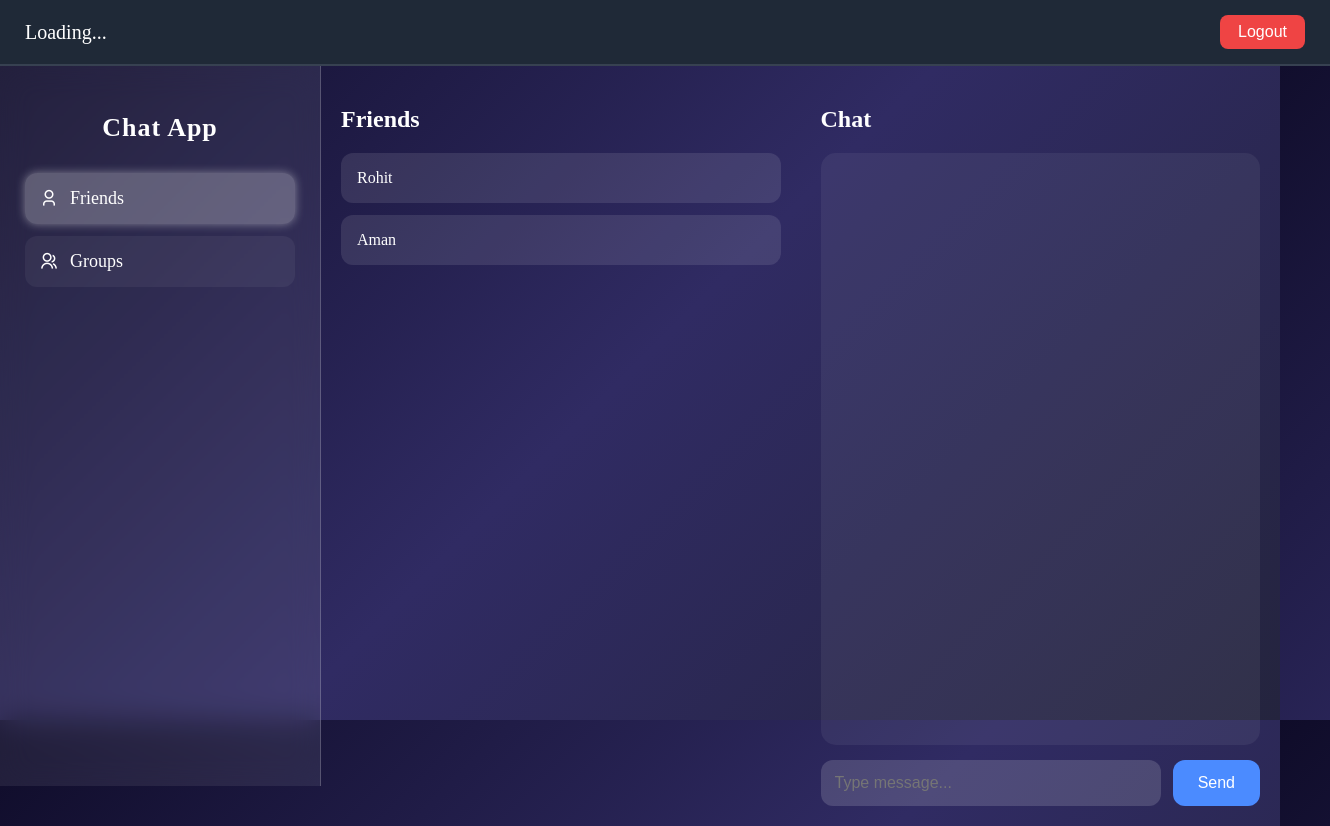
Repository: bharat132002/chat-app
Page: public/index.html
The author's editor kept a copy of each file at every save. The page is drawn from the files as they stood at one save, then again after the next save.
The browser window is 1280 px wide. The page is 1330 px wide, so the pictures cover 1330 px, including what lies to the right of the window. The pictures show the whole page.

Above is the page before, as saved 2025-12-02 18:47:34.

After the next save:
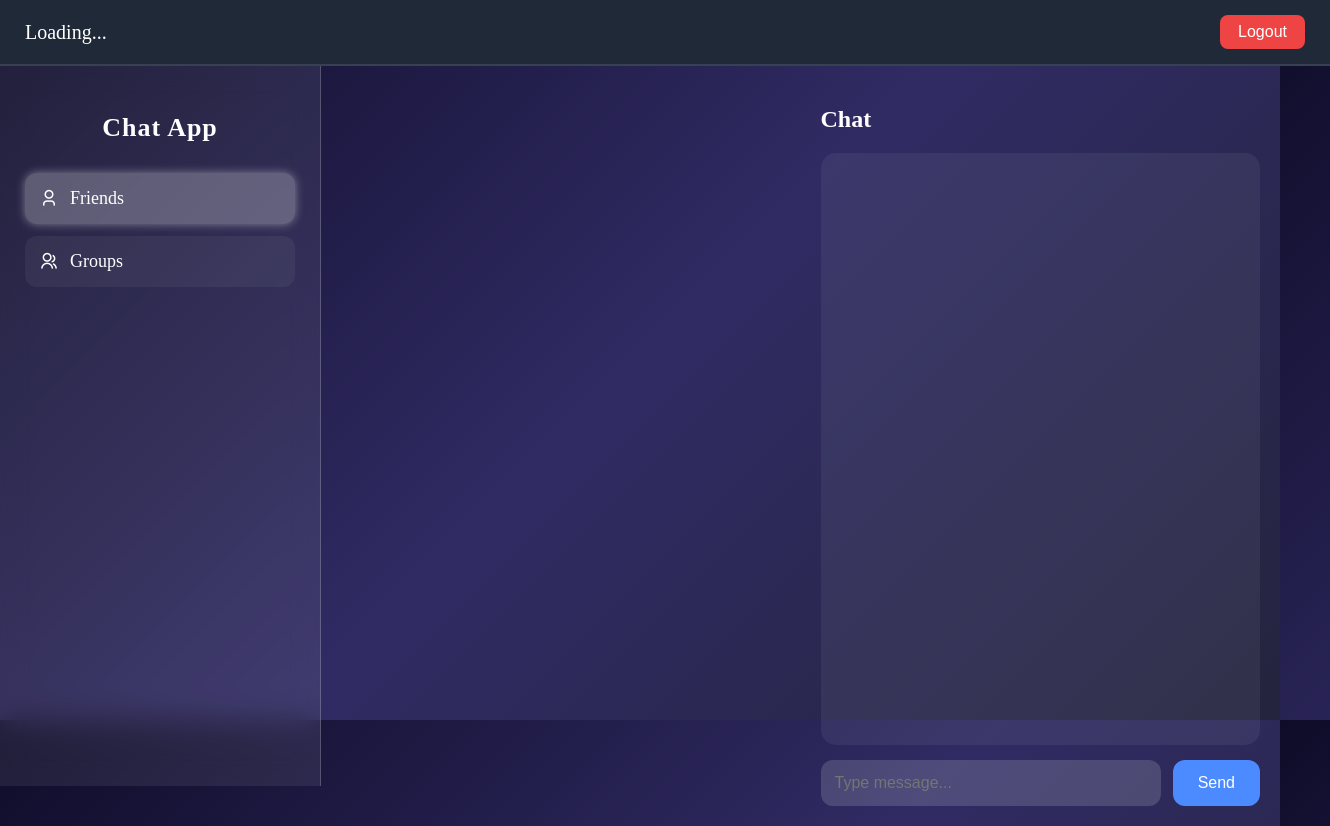
Saved 3 min 6 s later.
--- a/public/index.html
+++ b/public/index.html
@@ -234,10 +234,7 @@
 
     <!-- SCREENS -->
     <div class="screen" id="friends" style="display:block;">
-        <h2>Friends</h2>
-
-        <div class="chat-card" onclick="openChat('Rohit')">Rohit</div>
-        <div class="chat-card" onclick="openChat('Aman')">Aman</div>
+
     </div>
 
     <div class="screen" id="groups">
